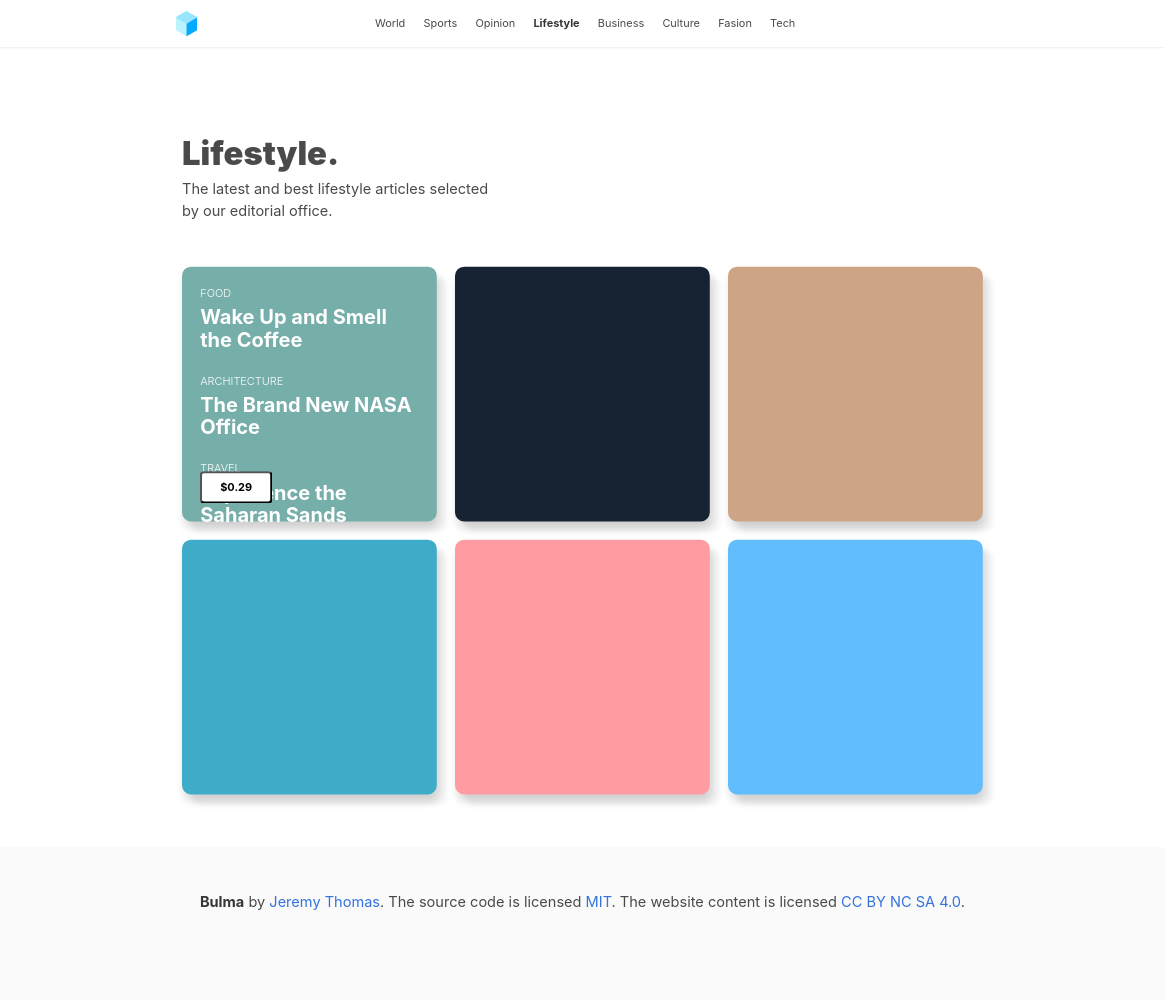
Repository: DOODpls/js_ass1
Page: index.html
The author's editor kept a copy of each file at every save. The page is drawn from the files as they stood at one save, then again after the next save.
The browser window is 1280 px wide. The pictures show the whole page, at 91% of full size.

Above is the page before, as saved 2019-11-22 18:50:08.

### index.html
<!DOCTYPE html>
<html>
<head>
    <title></title>
    <link rel="stylesheet" href="https://cdnjs.cloudflare.com/ajax/libs/bulma/0.7.5/css/bulma.min.css" integrity="sha256-vK3UTo/8wHbaUn+dTQD0X6dzidqc5l7gczvH+Bnowwk=" crossorigin="anonymous" />
    <link rel="stylesheet" type="text/css" href="./styles.css">
</head>
<body>

    <nav class="navbar">
        <div class="container">
            <div class="logo"></div>
            <ul>
                <li>World</li>
                <li>Sports</li>
                <li>Opinion</li>
                <li><strong>Lifestyle</strong></li>
                <li>Business</li>
                <li>Culture</li>
                <li>Fasion</li>
                <li>Tech</li>
            </ul>
            <span class="icon">
              <i class="ion-ionic" style='color: black; background: black;'></i>
            </span>
        </div>
    </nav>

    <section class="section">
        <div class="container">
            <div style='margin: 40px 10px 40px'>
                <h1>Lifestyle.</h1>
                <p>The latest and best lifestyle articles selected<br/>
                    by our editorial office.
                </p>
            </div>
        </div>
        <div class="container">
            <div class='card-row' id='content'></div>
        </div>
    </section>

    <footer class="footer">
        <div class="content has-text-centered">
            <p>
                <strong>Bulma</strong> by <a href="https://jgthms.com">Jeremy Thomas</a>. The source code is licensed
                <a href="http://opensource.org/licenses/mit-license.php">MIT</a>. The website content
                is licensed <a href="http://creativecommons.org/licenses/by-nc-sa/4.0/">CC BY NC SA 4.0</a>.
            </p>
        </div>
    </footer>

    <script type="text/javascript" src='./app.js'></script>
</body>
</html>

### styles.css
/* - - - - - - - - - - - - - - - - - - - - - - - - - - - - - -
GENERAL
- - - - - - - - - - - - - - - - - - - - - - - - - - - - - - */
h1 {
    font-size: 36px;
    font-weight: 900;
}

.container {
    max-width: 900px;
}

/* - - - - - - - - - - - - - - - - - - - - - - - - - - - - - -
NAV
- - - - - - - - - - - - - - - - - - - - - - - - - - - - - - */
nav {
    border-bottom: 1px solid #ededed;
}

.navbar > .container {
    display: flex;
    align-items: center;
    justify-content: space-between;
}

nav .container ul {
    display: flex;
}

nav .container ul li {
    margin: 0 10px;
    font-size: 12px;
}

.logo {
    background: url('./img/logo.svg');
    background-size: 24px;
    background-position: center;
    background-repeat: no-repeat;

    height: 30px;
    width: 30px;
}

@media (max-width: 600px) {
    nav .container {
        padding: 0 30px;
    }

    nav .container ul {
        display: none;
    }
}

/* TILES */
.card-row {
    display: flex;
    flex-wrap: wrap;
}

.card {
    height: 280px;
    border-radius: 10px;
    background: rgba(23, 35, 50, 1);
    flex: 1 230px;
    margin: 10px;
    padding: 20px;
    position: relative;
    box-shadow: 2px 8px 9px 0px rgba(0, 0, 0, 0.14),
        11px 11px 6px rgba(0, 0, 0, 0.05);
}

.card .buy-button {
    position: absolute;
    bottom: 20px;
    left: 20px;
    background: white;
    color: black;
    border-radius: 4px;
    padding: 8px 20px;
    font-size: 12px;
    font-weight: 700;
}

.card .topic {
    color: white;
    font-weight: 300;
    font-size: 12px;
    text-transform: uppercase;
    margin-bottom: 5px;
}
.card .title {
    color: white;
    font-weight: 700;
    font-size: 22px;
}

### app.js
const green = 'rgba(118,174, 170, 1)'
const black = 'rgba(23,35, 50, 1)'
const brown = 'rgba(205,164, 133, 1)'
const greenblue = 'rgba(62,171, 201, 1)'
const pink = 'rgba(254,156, 161, 1)'
const blue = 'rgba(98,189, 254, 1)'

const data = [
    {
        topic: 'Food',
        title: 'Wake Up and Smell the Coffee',
        price: '$0.90',
        color: green
    },
    {
        topic: 'Architecture',
        title: 'The Brand New NASA Office',
        price: '$0.19',
        color: black
    },
    {
        topic: 'Travel',
        title: 'Experience the Saharan Sands',
        price: '$2.29',
        color: brown
    },
    {
        topic: 'Interior',
        title: '9 Air-Cleaning Plants Your Home Needs',
        price: '$0.09',
        color: greenblue
    },
    {
        topic: 'Food',
        title: 'One Month Sugar Detox',
        price: '$0.99',
        color: pink
    },
    {
        topic: 'Photography',
        title: 'Shooting Minimal Instagram Photos',
        price: '$0.29',
        color: blue
    }
]

// Instructions
// Take the data above and display it as tiles on the page
        //tried to do sort, but i suck
        // const button1 = document.querySelector('body section .container')
        // const btn1 = document.createElement('button')
        // btn1.className= 'buy-button'
        // btn1.id = "butt1"
        // button1.appendChild(btn1)

        // function sort1(){
        //     data.sort((a, b) => (a.topic > b.topic) ? 1 : -1)
        // }

        // const button2 = document.querySelector('#butt1')
        // button2.addEventListener('click', function(event) {
        //     sort1()
        // })

    // for(i=0; i<data.length; i++){
    //     let heig
    //     if(i % 2 == 0){
    //         heig = '500px'
    //     }

    //     const tilers = document.querySelector('#content')
    //     const divr = document.createElement('div')
    //     divr.className= 'card'
    //     divr.style.backgroundColor = data[i].color
    //     divr.style.flex = heig
    //     divr.id = 'divtile'+ i
    //     tilers.appendChild(divr)

    //     const p1 = document.querySelector('#divtile'+i)
    //     const pr1 = document.createElement('p')
    //     pr1.textContent = data[i].topic
    //     pr1.className= 'topic'
    //     p1.appendChild(pr1)

    //     const p2 = document.querySelector('#divtile'+i)
    //     const pr2 = document.createElement('p')
    //     pr2.textContent = data[i].title
    //     pr2.className= 'title'
    //     p2.appendChild(pr2)

    //     const btn1 = document.querySelector('#divtile'+i)
    //     const btr2 = document.createElement('button')
    //     btr2.textContent = data[i].price
    //     btr2.className= 'buy-button'
    //     btn1.appendChild(btr2)
    // }

    data.forEach(function(item)
    {
        var newnum = data.map*=(x => x + 1)
        const tilers = document.querySelector('#content')
        const divr = document.createElement('div')
        divr.className= 'card'
        divr.style.backgroundColor = item.color
        divr.id = 'divtile'
        tilers.appendChild(divr)

        const p1 = document.querySelector('#divtile')
        const pr1 = document.createElement('p')
        pr1.textContent = item.topic
        pr1.className= 'topic'
        p1.appendChild(pr1)

        const p2 = document.querySelector('#divtile')
        const pr2 = document.createElement('p')
        pr2.textContent = item.title
        pr2.className= 'title'
        p2.appendChild(pr2)

        const btn1 = document.querySelector('#divtile')
        const btr2 = document.createElement('button')
        btr2.textContent = item.price
        btr2.className= 'buy-button'
        btn1.appendChild(btr2)
    })


    //this one also works lolllll
    // data.forEach(function(items)
    // {
    // //   document.getElementById('content').innerHTML += '<div class="card" style="background-color:'+items.color+'"><p class="topic">'+items.topic+'</p><p class="title">'+items.title+'</p><button class="buy-button">'+items.price+'</button></div>';
    // })

After the next save:
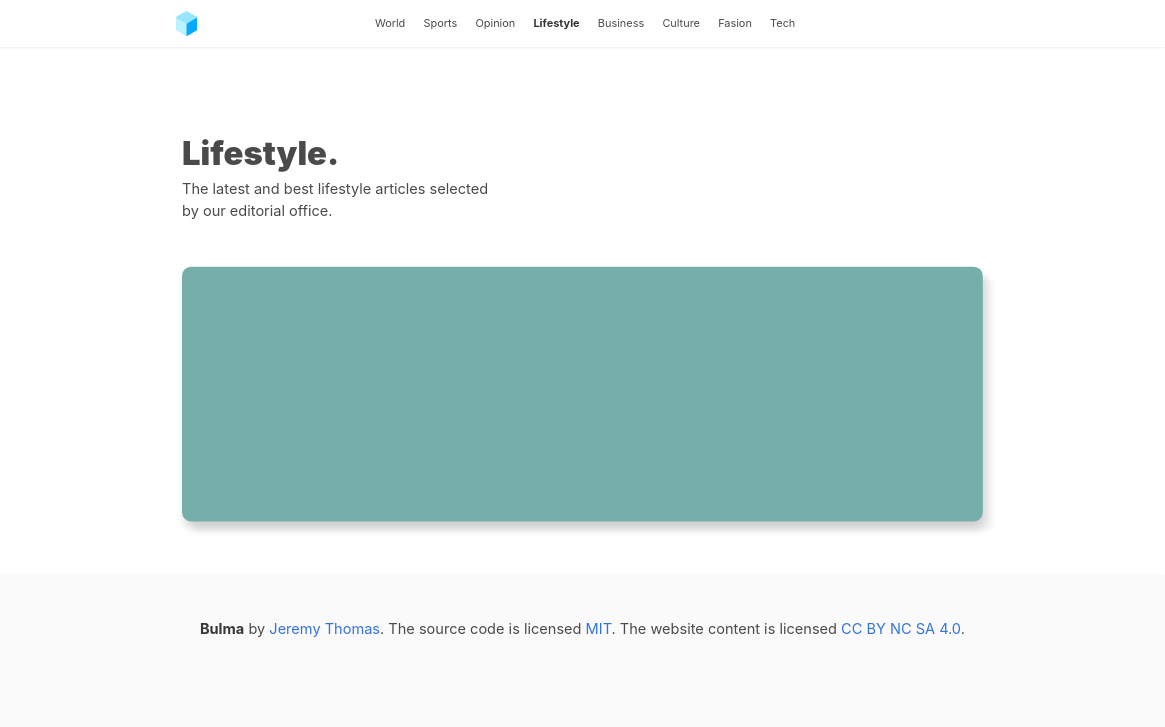
Console error: TypeError: Cannot read properties of null (reading 'appendChild')
Saved 13 s later.
--- a/app.js
+++ b/app.js
@@ -105,19 +105,19 @@
         divr.id = 'divtile'
         tilers.appendChild(divr)
 
-        const p1 = document.querySelector('#divtile')
+        const p1 = document.querySelector('#divtile'+newnum)
         const pr1 = document.createElement('p')
         pr1.textContent = item.topic
         pr1.className= 'topic'
         p1.appendChild(pr1)
 
-        const p2 = document.querySelector('#divtile')
+        const p2 = document.querySelector('#divtile'+newnum)
         const pr2 = document.createElement('p')
         pr2.textContent = item.title
         pr2.className= 'title'
         p2.appendChild(pr2)
 
-        const btn1 = document.querySelector('#divtile')
+        const btn1 = document.querySelector('#divtile'+newnum)
         const btr2 = document.createElement('button')
         btr2.textContent = item.price
         btr2.className= 'buy-button'

After the save that followed:
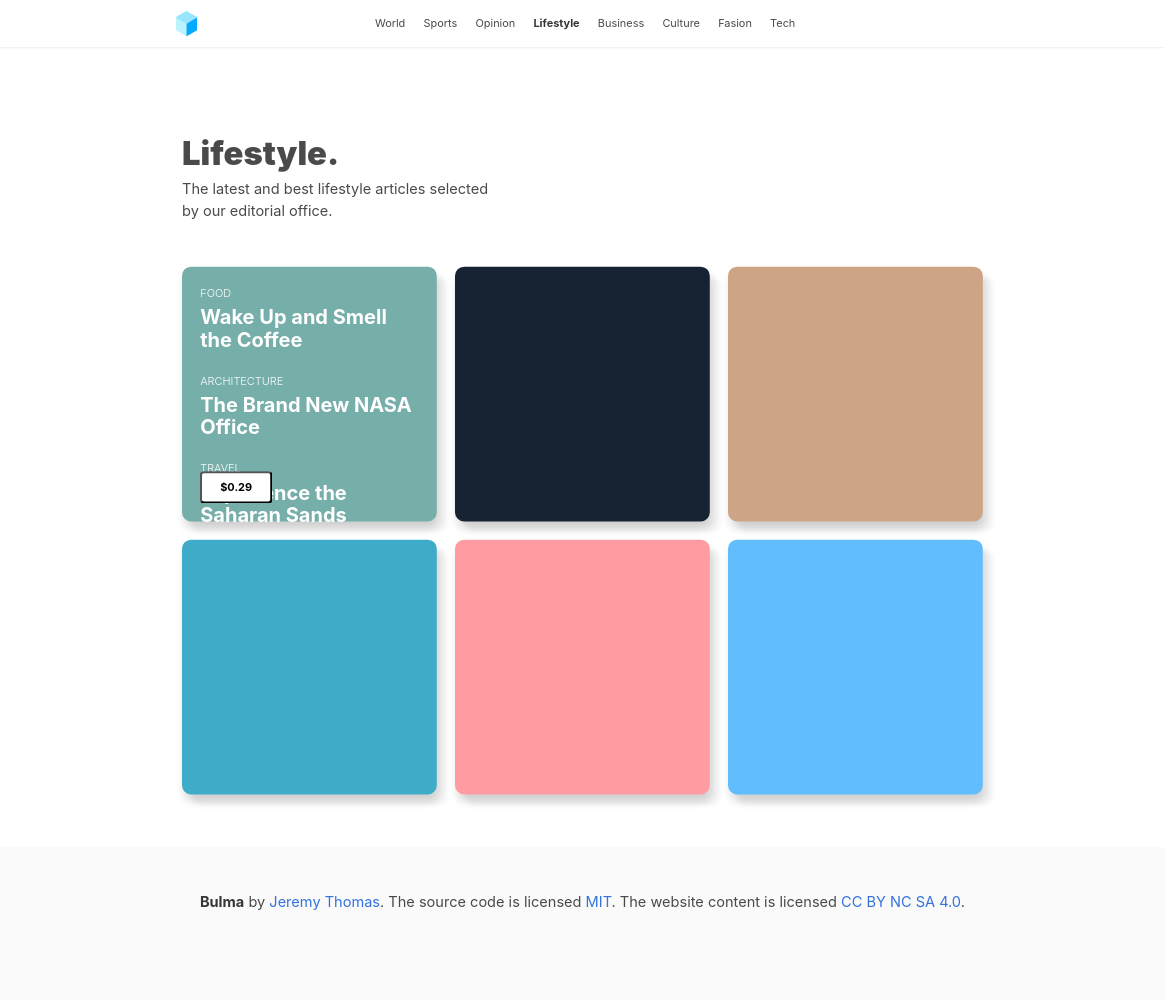
The error is gone.
Saved 23 s later.
--- a/app.js
+++ b/app.js
@@ -105,19 +105,19 @@
         divr.id = 'divtile'
         tilers.appendChild(divr)
 
-        const p1 = document.querySelector('#divtile'+newnum)
+        const p1 = document.querySelector('#divtile')
         const pr1 = document.createElement('p')
         pr1.textContent = item.topic
         pr1.className= 'topic'
         p1.appendChild(pr1)
 
-        const p2 = document.querySelector('#divtile'+newnum)
+        const p2 = document.querySelector('#divtile')
         const pr2 = document.createElement('p')
         pr2.textContent = item.title
         pr2.className= 'title'
         p2.appendChild(pr2)
 
-        const btn1 = document.querySelector('#divtile'+newnum)
+        const btn1 = document.querySelector('#divtile')
         const btr2 = document.createElement('button')
         btr2.textContent = item.price
         btr2.className= 'buy-button'
